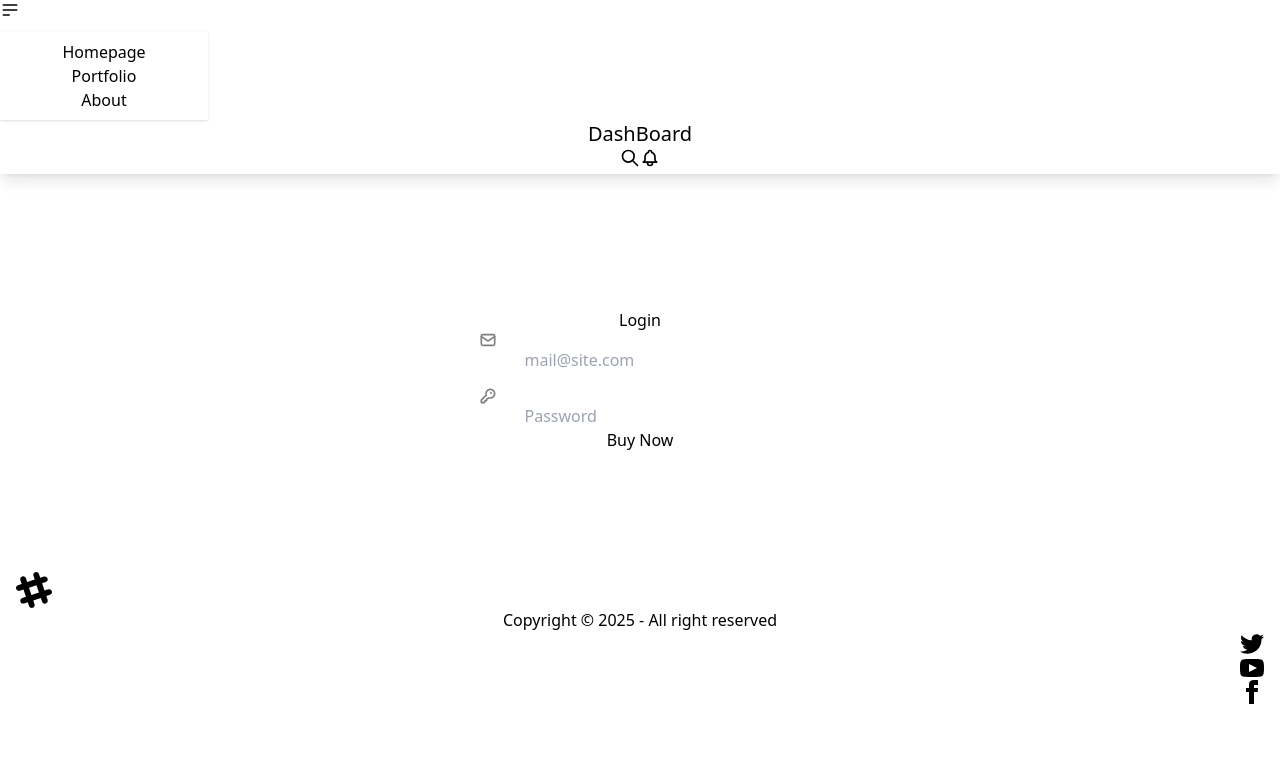
Repository: ROHIT8804/devTinderFrontEnd
Page: /login (app in devTinder-Web/)
These files come from the project's save history. The page is drawn as it stood at one moment and after the next save; the edit follows.
The browser window is 1280 px wide. The pictures show the whole page.
The project was rebuilt for these pictures with package versions that can differ from the ones it lists, and the page was loaded fresh each time. Also part of the build but not shown: devTinder-Web/vite.config.js, devTinder-Web/src/Profile.jsx.

Above is the page before, as saved 2025-07-26 16:56:52.

After the next save:
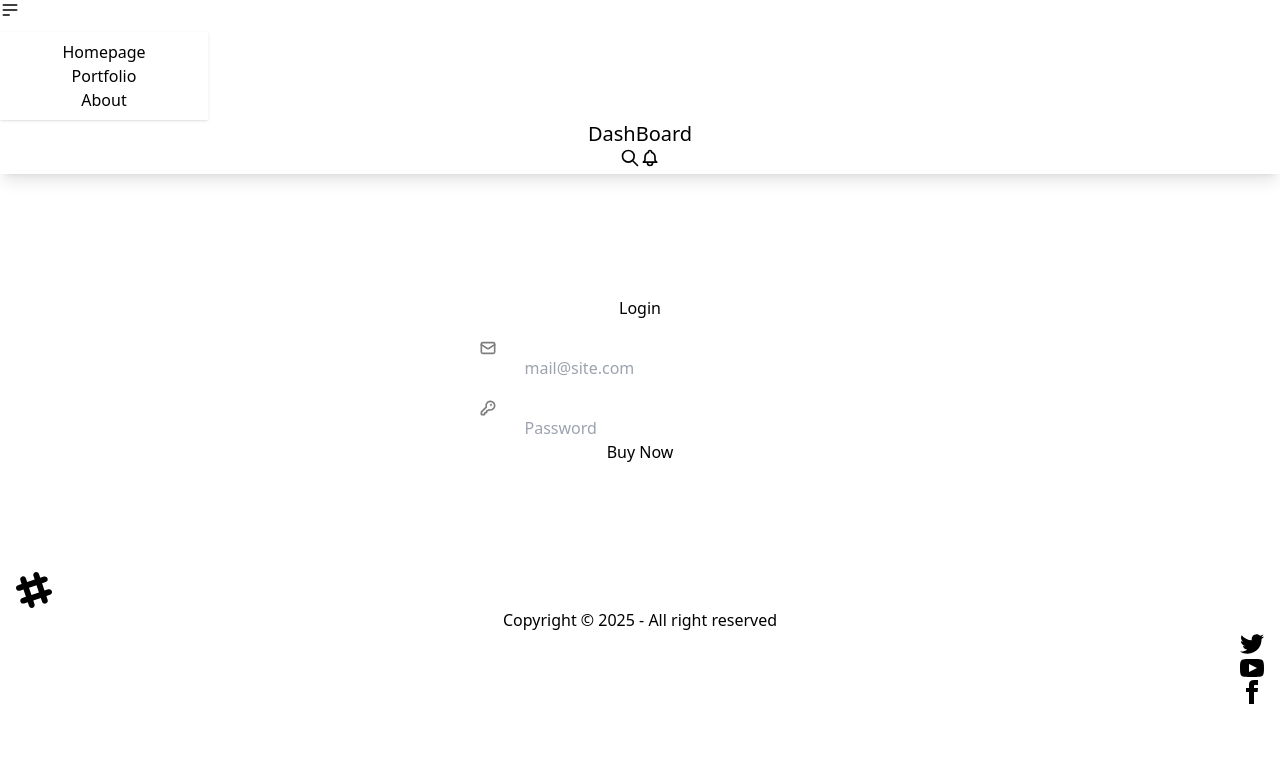
Saved 36 s later.
--- a/devTinder-Web/src/Login.jsx
+++ b/devTinder-Web/src/Login.jsx
@@ -3,7 +3,7 @@ function Login() {
     <div className="card card-border bg-base-100 w-96">
       <div className="card-body">
         <h2 className="card-title">Login</h2>
-        <div>
+        <div class="mt-5">
           <label className="input validator">
             <svg
               className="h-[1em] opacity-50"
@@ -25,7 +25,7 @@ function Login() {
           </label>
           <div className="validator-hint hidden">Enter valid email address</div>
         </div>
-        <div className="mt-4">
+        <div className="mt-5">
           <label className="input validator">
             <svg
               className="h-[1em] opacity-50"
